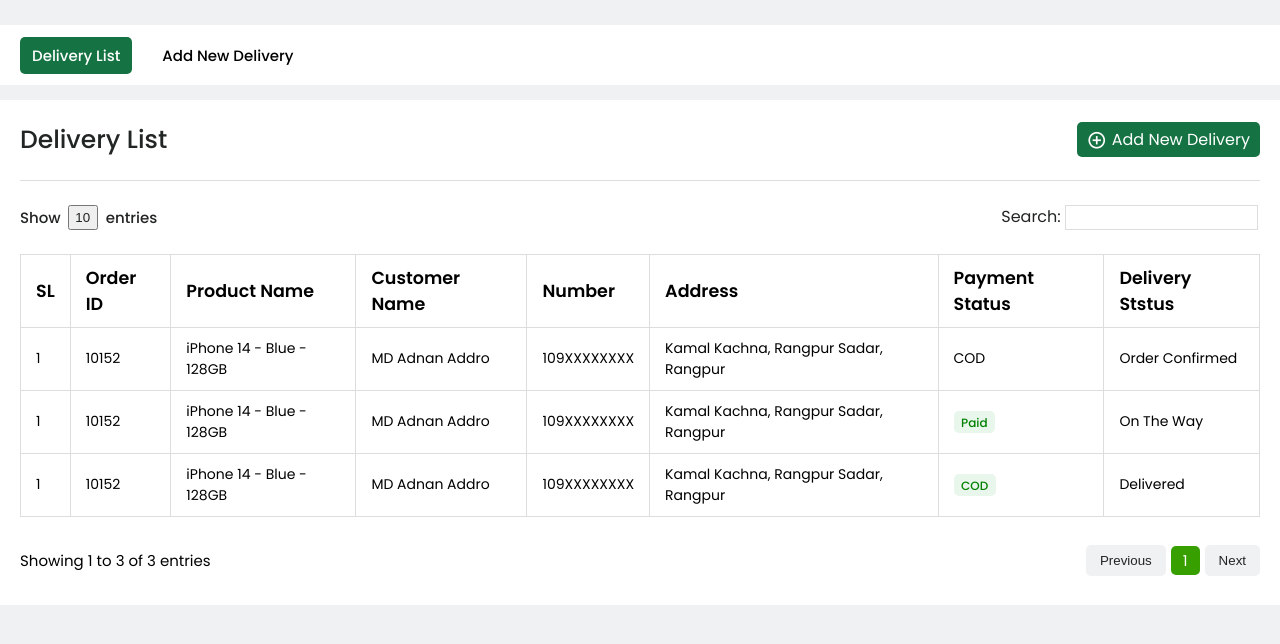
Repository: codebyaddro/delivery-page
Page: delivery.html
The author's editor kept a copy of each file at every save. The page is drawn from the files as they stood at one save, then again after a run of saves.
The browser window is 1280 px wide. The pictures show the whole page.

Above is the page before, as saved 2025-02-27 14:00:21.

### delivery.html
<!DOCTYPE html>
<html lang="en">
<head>
    <meta charset="UTF-8">
    <meta name="viewport" content="width=device-width, initial-scale=1.0">
    <link rel="stylesheet" href="/delivery.css">
    <link href='https://unpkg.com/boxicons@2.1.4/css/boxicons.min.css' rel='stylesheet'>
    <title>Document</title>
</head>
<body>
    <div class="brand-container">
        <div class="top-menus">
            <ul>
                <li><a href="/index.html" class="active-menu">Delivery List</a></li>
                <li><a href="/inner-page/html/anb.html" class="light-up">Add New Delivery</a></li>
            </ul>
        </div>
        <div class="list-container">
            <div class="heading-add-new-btn">
                <div class="heading">
                    <h2>Delivery List</h2>
                </div>
                <div class="add-new-btn">
                    <i class='add-icon bx bx-plus-circle'></i>
                    <a href="/inner-page/html/anb.html">Add New Delivery</a>
                </div>
            </div>
            <div class="list-short-dpdwn-search-box">
                <div class="list-short-dpdwn">
                    <h3>Show</h3>
                    <select name="10" id="">
                        <option value="">10</option>
                        <option value="">20</option>
                        <option value="">30</option>
                        <option value="">All</option>
                    </select>
                    <h3>entries</h3>
                </div>
                <div class="search-box">
                    <legend>Search: <input type="text"></legend>
                </div>
            </div>
            <div class="table-list">
                <table>
                    <thead>
                        <tr>
                            <th title="SL">SL</th>
                            <th title="Code">Order ID</th>
                            <th title="Code">Product Name</th>
                            <th title="Code">Customer Name</th>
                            <th title="Category Name">Number</th>
                            <th title="Category Name">Address</th>
                            <th title="Status">Payment Status</th>
                            <th title="Action">Delivery Ststus</th>
                        </tr>
                    </thead>
                    <tbody>
                        <tr>
                            <td>1</td>
                            <td>10152</td>
                            <td>iPhone 14 - Blue - 128GB</td>
                            <td>MD Adnan Addro</td>
                            <td>109XXXXXXXX</td>
                            <td>Kamal Kachna, Rangpur Sadar, Rangpur</td>
                            <td><span class="ps-cod">COD</span></td>
                            <td><span>Order Confirmed</span></td>
                        </tr>
                        <tr>
                            <td>1</td>
                            <td>10152</td>
                            <td>iPhone 14 - Blue - 128GB</td>
                            <td>MD Adnan Addro</td>
                            <td>109XXXXXXXX</td>
                            <td>Kamal Kachna, Rangpur Sadar, Rangpur</td>
                            <td><span class="active">Paid</span></td>
                            <td><span>On The Way</span></td>
                        </tr>
                        <tr>
                            <td>1</td>
                            <td>10152</td>
                            <td>iPhone 14 - Blue - 128GB</td>
                            <td>MD Adnan Addro</td>
                            <td>109XXXXXXXX</td>
                            <td>Kamal Kachna, Rangpur Sadar, Rangpur</td>
                            <td><span class="active">COD</span></td>
                            <td><span>Delivered</span></td>
                        </tr>
                    </tbody>
                </table>
            </div>
            <div class="entries-details-list-page-btn">
                <div class="entries-details">
                    Showing <span>1</span> to <span>3</span> of <span>3</span> entries
                </div>
                <div class="list-page-btn">
                    <button>Previous</button>
                    <h4><span>1</span></h4>
                    <button>Next</button>
                </div>
            </div>
        </div>
    </div>
</body>
</html>

### delivery.css
/* -- fonts -- */
@import url('https://fonts.googleapis.com/css2?family=Poppins:ital,wght@0,100;0,200;0,300;0,400;0,500;0,600;0,700;0,800;0,900;1,100;1,200;1,300;1,400;1,500;1,600;1,700;1,800;1,900&family=Raleway:ital,wght@0,100..900;1,100..900&family=Roboto:ital,wght@0,100;0,300;0,400;0,500;0,700;0,900;1,100;1,300;1,400;1,500;1,700;1,900&family=VT323&display=swap');

/* -- root -- */

:root {
    --gray-white: #F0F1F2;
    --white: #FFFFFF;
    --black: #000000;
    --gray-black: #DDDDDD;
    --light-black: #212523;
    --light-black-op: #21252350;
    --main-green: #157343;
    --main-light: #37A000;
    --light-orange: #FD7E14;
    --green: #008000;
    --light-green: #e9f6ec;
    --red: #FF0000;
    --light-red: #fbeaec;
}

/* ---------- */

* {
    box-sizing: border-box;
}

body {
    margin: 0;
    padding: 0;
    font-family: "Poppins", serif;
    background-color: var(--gray-white);
}

::selection {
    color: var(--white);
    background-color: var(--main-light);
}

/* -- category container style -- */

.brand-container {
    width: 100%;
    margin-top: 25px;
}

/* -- top menus style--  */

.top-menus {
    background-color: var(--white);
    display: flex;
    justify-content: left;
    align-items: center;
    height: 60px;
    margin-bottom: 15px;
}

.top-menus ul {
    list-style-type: none;
    display: flex;
    gap: 30px;
    margin-left: -20px;
}

.top-menus ul li a {
    text-decoration: none;
    color: var(--black);
    font-size: 15px;
    font-weight: 500;
}

/* -- active menu style -- */

.active-menu {
    color: var(--white)!important;
    background-color: var(--main-green);
    padding: 8px 12px;
    border-radius: 5px;
}

/* -- menu hover style -- */

.light-up:hover {
    color: var(--light-orange);
}

/* -- list container style -- */

.list-container {
    background-color: var(--white);
    padding: 0px 20px;
}

/* -- heading-add-new-btn style -- */

.heading-add-new-btn {
    display: flex;
    justify-content: space-between;
    align-items: center;
    border-bottom: 1px solid var(--gray-black) ;
}

.heading h2 {
    color: var(--light-black);
    font-size: 25px;
    font-weight: 500;
}

/* -- add-new-btn style -- */

.add-new-btn {
    display: flex;
    gap: 5px;
    justify-content: baseline;
    align-items: center;
}

.add-new-btn {
    background-color: var(--main-green);
    padding: 5px 10px;
    border-radius: 5px;
}

.add-new-btn a {
    color: var(--white);
    text-decoration: none;
}

.add-icon {
    color: var(--white);
    font-size: 20px;
}

/* -- list-short-dpdwn-search-box style -- */

.list-short-dpdwn-search-box {
    display: flex;
    justify-content: space-between;
    align-items: center;
    padding: 10px 0px;
}

/* -- list-short-dpdwn style -- */

.list-short-dpdwn {
    display: flex;
    gap: 7.5px;
    align-items: center;
}

.list-short-dpdwn h3 {
    color: var(--light-black);
    font-size: 15px;
    font-weight: 500;
}

.list-short-dpdwn select {
    color: var(--light-black);
    appearance: none;
    height: 25px;
    width: 30px;
    padding-left: 6px;
    outline: none;
    border-radius: 2.5px;
}

/* -- search-box style -- */

.search-box {
    display: flex;
    align-items: center;
}

.search-box legend {
    color: var(--light-black);
}

.search-box input {
    outline: none;
    height: 25px;
    width: 193px;
    border: 1px solid var(--gray-black);
}

/* -- table-list style --*/

table {
    border-collapse: collapse;
    width: 100%;
}

/* -- thead style -- */

thead {
    cursor: pointer;
}

th, td {
    border: 1px solid var(--gray-black);
    padding: 10px 15px;
}

thead tr th {
    font-size: 17.5px;
    font-weight: 600;
    text-align: left;
}

tbody tr td {
    font-size: 14px;
}

tbody tr:hover {
    background-color: var(--gray-white);
}

/* -- tbody style -- */

/* status style */

.active {
    color: var(--green);
    background-color: var(--light-green);
    font-size: 12px;
    font-weight: 500;
    padding: 2.5px 7.5px;
    border-radius: 5px;
}

.inactive {
    color: var(--red);
    background-color: var(--light-red);
    font-size: 12px;
    font-weight: 500;
    padding: 2.5px 7.5px;
    border-radius: 5px;
}

/* -- action style -- */

.edit-icon {
    color: var(--green);
    background-color: var(--light-green);
    padding: 7px 7px;
    margin-right: 2.5px;
    border: 1px solid var(--green);
    font-size: 20px;
}

.edit-icon:hover {
    background-color: var(--light-black-op);
}

.delete-icon {
    color: var(--red);
    background-color: var(--light-red);
    padding: 7px 7px;
    margin-left: 2.5px;
    border: 1px solid var(--red);
    font-size: 20px;
}

.delete-icon:hover {
    background-color: var(--light-black-op);
}

/* -- entries-details-list-page-btn style -- */

.entries-details-list-page-btn {
    display: flex;
    justify-content: space-between;
    align-items: center;
    padding: 10px 0px;
}

.entries-details {
    color: var(--black);
    font-size: 15px;
}

.list-page-btn {
    display: flex;
    gap: 5px;
    align-items: center;
}

.list-page-btn button {
    color: var(--light-black);
    background-color: var(--gray-white);
    padding: 8px 14px;
    border: none;
    border-radius: 5px;
    cursor: pointer;
}

.list-page-btn h4 {
    color: var(--white);
    background-color: var(--main-light);
    font-size: 15px;
    font-weight: 400;
    padding: 3px 12px;
    border-radius: 5px;
}

After the next 7 saves:
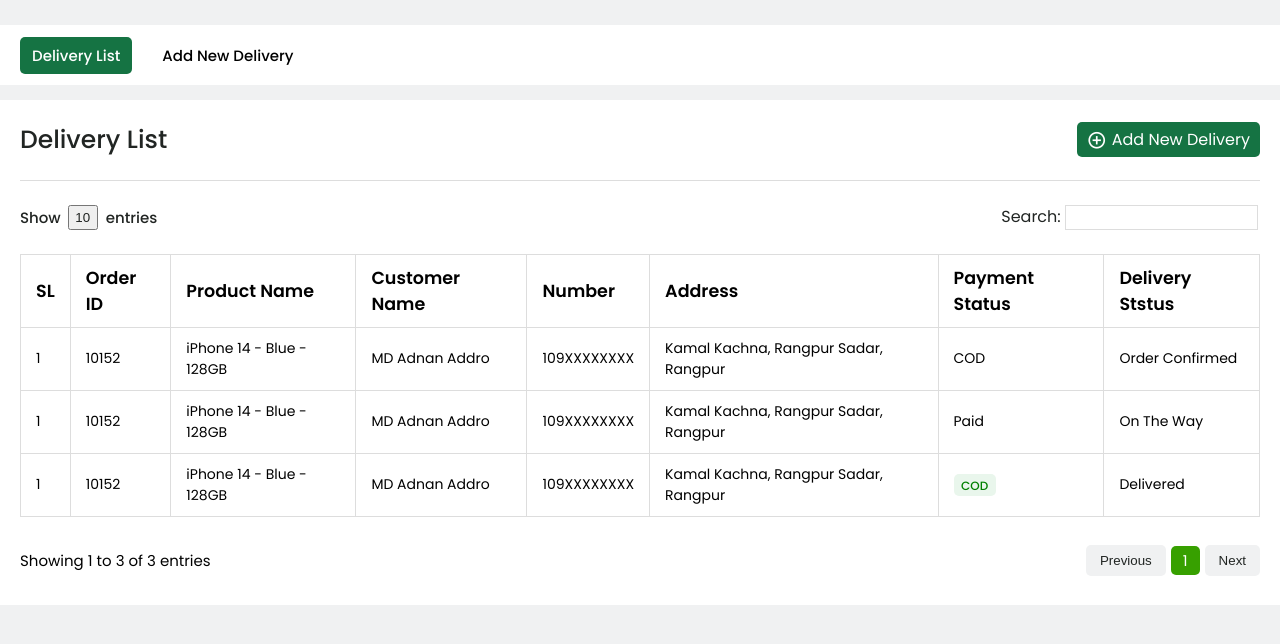
The 7 saves are shown as one change because they came seconds apart.
The last was saved 16 s later.
--- a/delivery.html
+++ b/delivery.html
@@ -72,7 +72,7 @@
                             <td>MD Adnan Addro</td>
                             <td>109XXXXXXXX</td>
                             <td>Kamal Kachna, Rangpur Sadar, Rangpur</td>
-                            <td><span class="active">Paid</span></td>
+                            <td><span class="ps-paid">Paid</span></td>
                             <td><span>On The Way</span></td>
                         </tr>
                         <tr>
